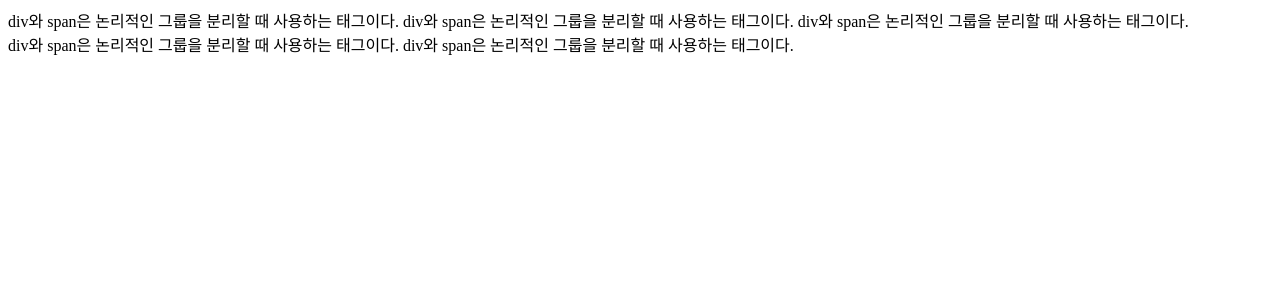
Repository: sonic247897/multicampus-web
Page: clientweb/WebContent/html/block_tag.html
An editor plug-in stored every save of this project. The page is shown before and after the next save, followed by the edit.
The browser window is 1280 px wide. The pictures show the whole page.

Above is the page before, as saved 2020-01-02 08:36:38.

### clientweb/WebContent/html/block_tag.html
<!DOCTYPE html>
<html>
<head>
<meta charset="EUC-KR">
<title>Insert title here</title>
</head>
<body>
	<div>
		div와 span은 논리적인 그룹을 분리할 때 사용하는 태그이다.
		div와 span은 논리적인 그룹을 분리할 때 사용하는 태그이다.
		div와 span은 논리적인 그룹을 분리할 때 사용하는 태그이다.
	</div>
	div와 span은 논리적인 그룹을 분리할 때 사용하는 태그이다.
	div와 span은 논리적인 그룹을 분리할 때 사용하는 태그이다.

</body>
</html>

After the next save:
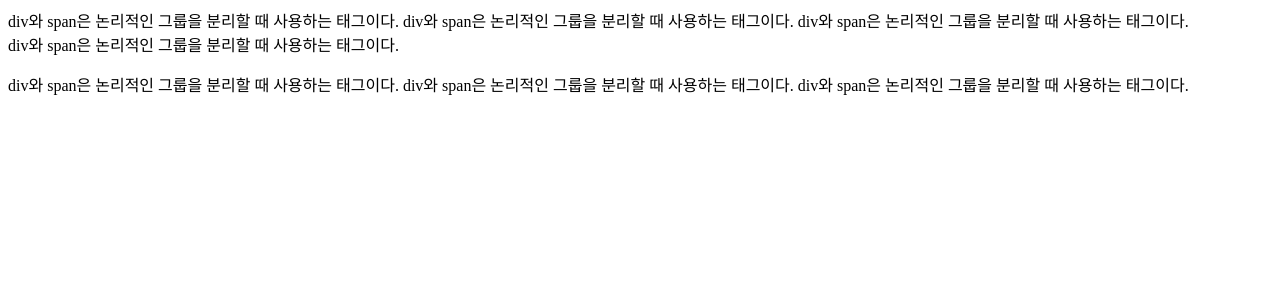
Saved 64 s later.
--- a/clientweb/WebContent/html/block_tag.html
+++ b/clientweb/WebContent/html/block_tag.html
@@ -11,7 +11,10 @@
 		div와 span은 논리적인 그룹을 분리할 때 사용하는 태그이다.
 	</div>
 	div와 span은 논리적인 그룹을 분리할 때 사용하는 태그이다.
-	div와 span은 논리적인 그룹을 분리할 때 사용하는 태그이다.
-
+	<p>
+		div와 span은 논리적인 그룹을 분리할 때 사용하는 태그이다.
+		div와 span은 논리적인 그룹을 분리할 때 사용하는 태그이다.
+		div와 span은 논리적인 그룹을 분리할 때 사용하는 태그이다.
+	</p>
 </body>
 </html>
